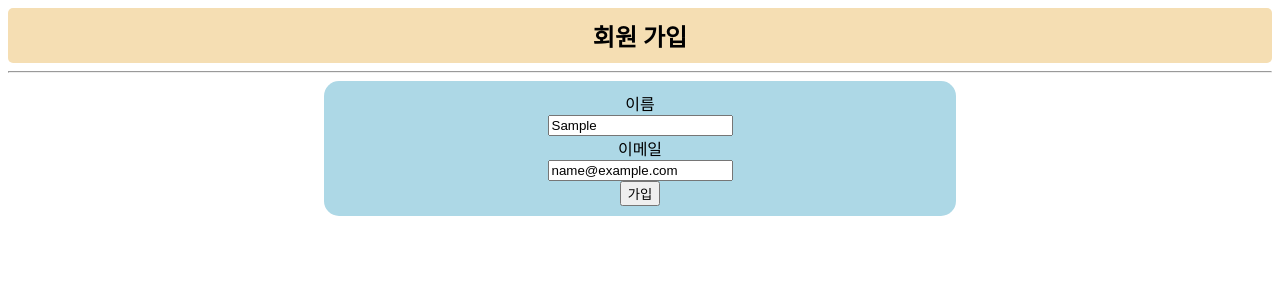
Repository: ineble/demo1
Page: test/src/main/webapp/ch03/regfrom1.html
An editor plug-in stored every save of this project. The page is shown before and after the next save, followed by the edit.
The browser window is 1280 px wide. The pictures show the whole page.
Empty fields were first filled with sample values (such as "Sample", 5 or name@example.com).
After loading, the first visible `input[onclick="join()"]` was clicked once.

Above is the page before, as saved 2022-08-02 15:39:06.
Console error: ReferenceError: join is not defined

### test/src/main/webapp/ch03/regfrom1.html
<!DOCTYPE html>
<html>
<head>
<meta charset="utf-8">
<title>Insert title here</title>
<style type="text/css">
	h2 {
	text-align: center;
	width : 100%;
	padding : 10px 0px;
	border-radius : 5px;
	background-color:  wheat;
	margin : auto;
	}
	#regform{
		text-align: center;
		background-color: lightblue;
		width : 50%;
		border-radius : 15px;
		margin : auto;
		padding : 10px 0px;
	}
</style>


</head>
<body>
	<h2>회원 가입</h2>
	<hr>
	<div id="regform">
	<label>이름</label> <br>
	<input type="text" name="name"> <br>
	<label>이메일</label> <br>
	<input type="email" name="email"> <br>
	<input type="button" value="가입" onclick="join()">
	</div>
	<div id="detail">
	<h3>가입정보</h3>
	<hr>
	이름 : <input type="text" name="rname">
	이메일 : <input type="email" name="remail">
	</div>
<script type="text/javascript">
	document.getElementById("detail").style.display = "none";
</script>

</body>
</html>

After the next save:
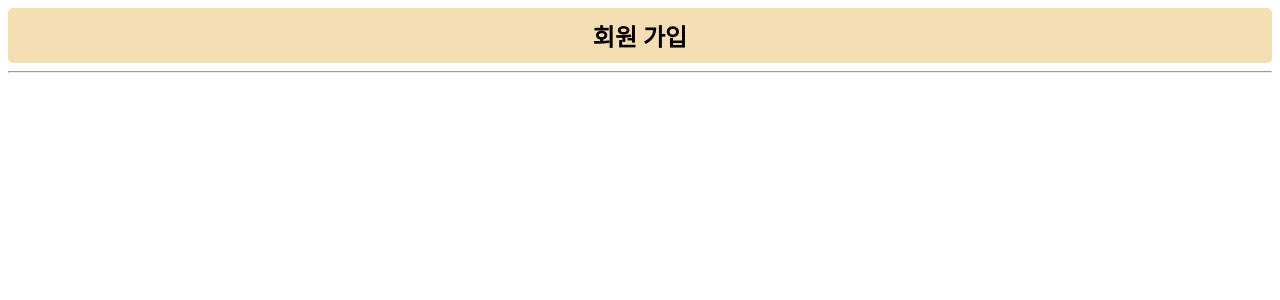
The error is gone.
Saved 86 s later.
--- a/test/src/main/webapp/ch03/regfrom1.html
+++ b/test/src/main/webapp/ch03/regfrom1.html
@@ -21,7 +21,13 @@
 		padding : 10px 0px;
 	}
 </style>
+<script type="text/javascript">
+	function join(){
+		alert("정말로 가입할꺼니?")
+		document.getElementById("regform").style.display = "none";
 
+	}
+</script>
 
 </head>
 <body>
